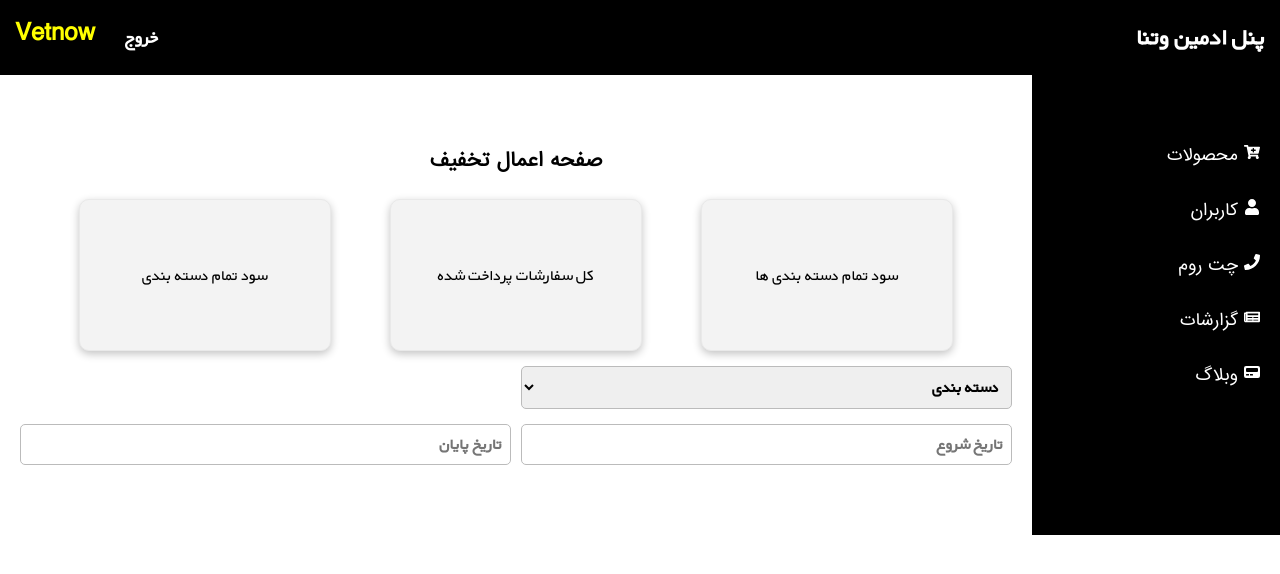
Repository: farhanahmadi/Vetnow
Page: /Reports
An editor plug-in stored every save of this project. The page is shown before and after a run of saves, followed by the edit.
The browser window is 1280 px wide. The pictures show the whole page.
The page's requests for data from a server got no answer. The project was rebuilt for these pictures with package versions that can differ from the ones it lists, and the page was loaded fresh each time. No one was signed in, and anything a server would have sent is missing. Also part of the build but not shown: src/components/AdminProduct.js, src/components/AddProduct.js, src/components/View.js, src/components/EditProduct.js, src/components/Users.js, src/components/AddUser.js, src/components/EditUser.js, src/components/EditView.js and 7 more.

Above is the page before, as saved 2022-01-24 23:53:56.

After the next 4 saves:
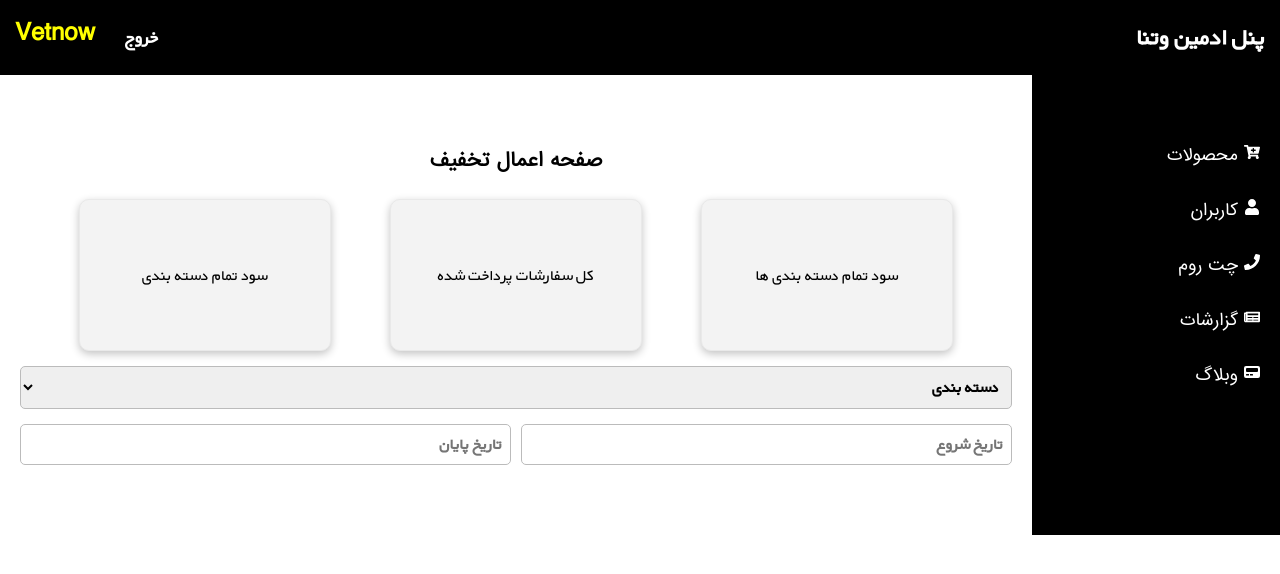
The 4 saves are shown as one change because they came seconds apart.
The last was saved 22 s later.
--- a/src/styles/Reports.module.css
+++ b/src/styles/Reports.module.css
@@ -49,7 +49,16 @@
     column-gap: 10px;
     row-gap: 20px;
 }
-.inputs , .sectionBox{
+.sectionBox{
+    text-align: center;
+    display: grid;
+    grid-template-columns: 1fr;
+    width: 100%;
+    column-gap: 10px;
+    row-gap: 20px;
+    margin-top: 15px;
+}
+.inputs{
     text-align: center;
     display: grid;
     grid-template-columns: 1fr 1fr;
